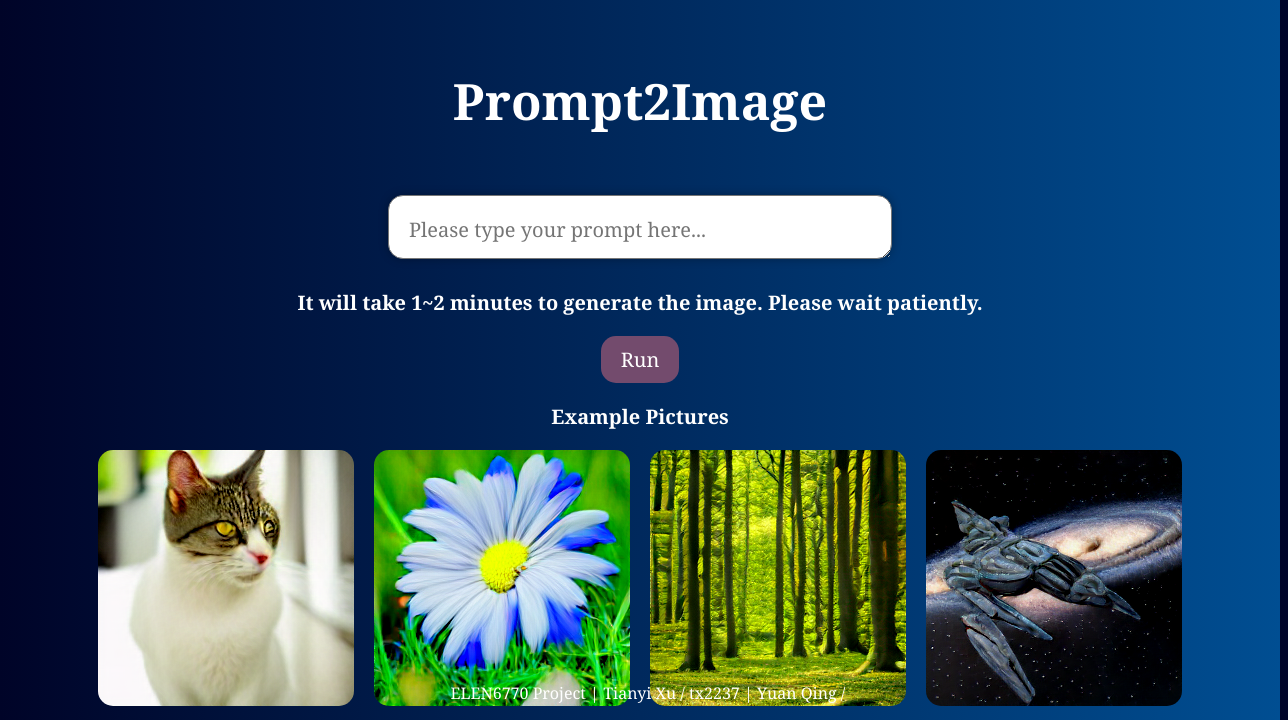
Repository: XTTTZ/Prompt2Image
Page: main4.html
An editor plug-in stored every save of this project. The page is shown before and after the next save, followed by the edit.
The browser window is 1280 px wide. The page is 1288 px wide, so the pictures cover 1288 px, including what lies to the right of the window. The pictures show the whole page.
The page's requests for data from a server got no answer.

Above is the page before, as saved 2023-12-01 02:15:57.

### main4.html
<!DOCTYPE html>
<html lang="en">

<head>
    <meta charset="UTF-8">
    <meta name="viewport" content="width=device-width, initial-scale=1.0">
    <title>Prompt2Image</title>
    <style>
        .center-label {
            text-align: center;
        }

        body {
            font-family: Georgia, serif;
            background: linear-gradient(to right, #000428, #004e92);
            /* 使图片覆盖整个背景 */
            color: #fff
        }

        header {
            background-color: rgba(0, 0, 0, 0);
            color: #fff;
            text-align: center;
            padding: 1em;
            font-family: Georgia, serif;
            font-size: 25px;
        }

        h1 {
            margin-bottom: 0.5em;
        }

        form {
            display: flex;
            /* 设置为Flex容器 */
            flex-direction: column;
            /* 子元素垂直堆叠 */
            align-items: center;
            /* 垂直居中 */
            justify-content: center;
            /* 水平居中，如果需要 */
            height: 100%;
            /* 根据需要设置高度 */
            font-size: 20px;
        }

        label {
            font-weight: bold;
            text-align: center;
            font-size: 20px;
        }

        textarea {
            padding-left: 1em;
            padding-top: 1em;
            margin: 0.5em 0;
            width: 24em;
            height: 2em;
            text-align: left;
            vertical-align: top;
            font-size: 20px;
            border-radius: 15px;
            box-shadow: 0 0 10px rgba(0, 0, 0, 0.3);
            font-family: Georgia, serif;

        }

        button {
            padding: 0.5em 1em;
            background-color: #734b6d;
            color: #fff;
            border: none;
            cursor: pointer;
            border-radius: 15px;
            font-size: 20px;
            font-family: Georgia, serif;
        }

        button:hover {
            background-color: #555;
        }

        img {
            border-radius: 15px;
        }

        #generatedImages {
            border-radius: 15px;
            text-align: center;
            margin: 1em;
            padding: 1em;
            background-color: #ffffff00;
        }
    </style>
</head>

<body>
    <header>
        <h1>Prompt2Image</h1>
    </header>

    <form id="bodyForm">
        <textarea placeholder="Please type your prompt here..." type="text" id="searchInput"
            name="searchInput"></textarea>
        <label>
            <p>It will take 1~2 minutes to generate the image. Please wait patiently.</p>
        </label>
        <button type="button" onclick="performSearch()">Run</button>
        <label id="timeValue"></label>
        <!-- Display generated images -->
    </form>
    <label id="examplePic">
        <p>Example Pictures
        </p>
    </label>
    <form id="exampleForm" style="flex-direction:row;gap:20px">
        <img src="/static/cute cat.png" title="cute cat">
        <img src="/static/flower on grass.png" title="flower on grass">
        <img src="/static/forest.png" title="forest">
        <img src="/static/spaceship in galaxy.png" title="spaceship in galaxy">
    </form>
    <form id="displayform">
        <div style="display:none" id="generatedImages"></div>
        <button id="downloadButton" onclick="downloadImages()" style="display:none">Download Images</button>
    </form>
    <footer style="position:absolute; bottom:0; text-align: center;width:100%">
        <p>ELEN6770 Project | Tianyi Xu / tx2237 | Yuan Qing / </p>
    </footer>

    <script>
        var server_addr = '34.67.111.69';
        var ip_addr;
        var second = 0;
        var clock;
        fetch('http://' + server_addr + '/ip', {
            method: 'GET',
            headers: {
                'Content-Type': 'application/x-www-form-urlencoded',
            },
        })
            .then(response => { return response.json() })
            .then(data => {
                ip_addr = data.ip_addr;
                console.log('ip_addr');
            }
            );
        function startTimer() {
            clearInterval(clock);
            clock = setInterval(timer, 1000);
            second = 0;
            timeValue.style.display = 'block';
            document.getElementById('timeValue').innerText = 'Run Time: ' + second + 's';
        }

        function timer() {
            second++;
            document.getElementById('timeValue').innerText = 'Run Time: ' + second + 's';
        }

        function stopTimer() {
            clearInterval(clock);
            clock = null;
            console.log('timerstop');
            document.getElementById('timeValue').innerText = 'Run Time: ' + second + 's';
        }

        function performSearch() {
            var searchInput = document.getElementById('searchInput').value;
            if (searchInput == '') {
                document.getElementById('timeValue').innerText = 'Please type your prompt!';
            }
            else {

                document.getElementById('exampleForm').style.display = 'none';
                document.getElementById('generatedImages').style.display = 'none';
                document.getElementById('downloadButton').style.display = 'none';
                fetch('http://' + server_addr + ':5000/search', {
                    method: 'POST',
                    headers: {
                        'Content-Type': 'application/x-www-form-urlencoded',
                    },
                    body: 'text=' + encodeURIComponent(searchInput)
                })
                    .then(response => {
                        return response.json();
                    })
                    .then(data => { checkStatusPic() });
                startTimer();
            }
        }

        function checkStatusPic() {
            stopTimer();
            var generatedImagesContainer = document.getElementById('generatedImages');
            var downloadButton = document.getElementById('downloadButton');

            // Clear previous content
            generatedImagesContainer.innerHTML = '';

            // Append image elements dynamically
            var img = document.createElement('img');
            img.src = 'http://' + server_addr + '/image/' + ip_addr + '/0?time=' + new Date().getTime();
            generatedImagesContainer.appendChild(img);
            // Display the container and download button
            generatedImagesContainer.style.display = 'block';
            downloadButton.style.display = 'block';
        }

        function downloadImages() {
            // Create a link element for each image and trigger download
            var url = 'http://' + server_addr + '/image/' + ip_addr + '/0?time=' + new Date().getTime();
            var downloadLink = document.createElement('a');
            downloadLink.href = url;
            // 指定下载的文件名，您可以根据需要更改它
            downloadLink.download = 'image.png';
            // 将 <a> 元素添加到文档中并点击它
            document.body.appendChild(downloadLink);
            downloadLink.click();
            // 清理并移除 <a> 元素
            document.body.removeChild(downloadLink);
        }
    </script>
</body>

</html>

After the next save:
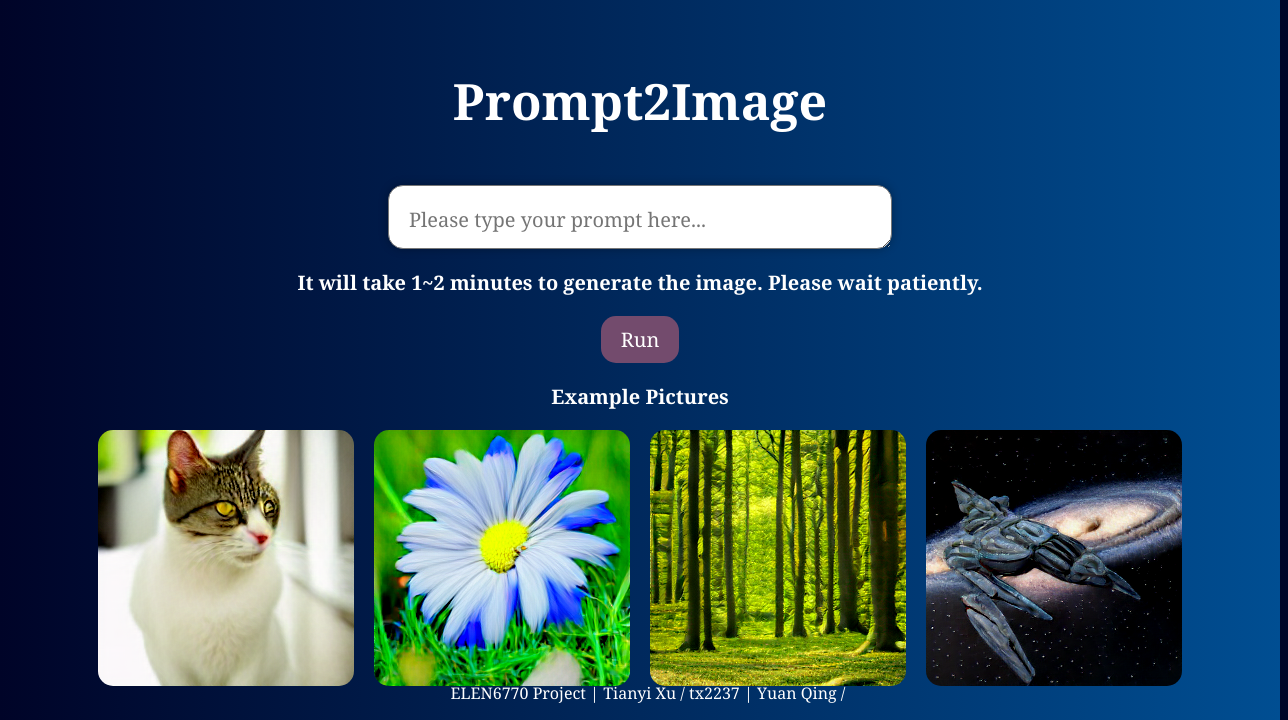
Saved 56 s later.
--- a/main4.html
+++ b/main4.html
@@ -53,7 +53,6 @@
         textarea {
             padding-left: 1em;
             padding-top: 1em;
-            margin: 0.5em 0;
             width: 24em;
             height: 2em;
             text-align: left;
